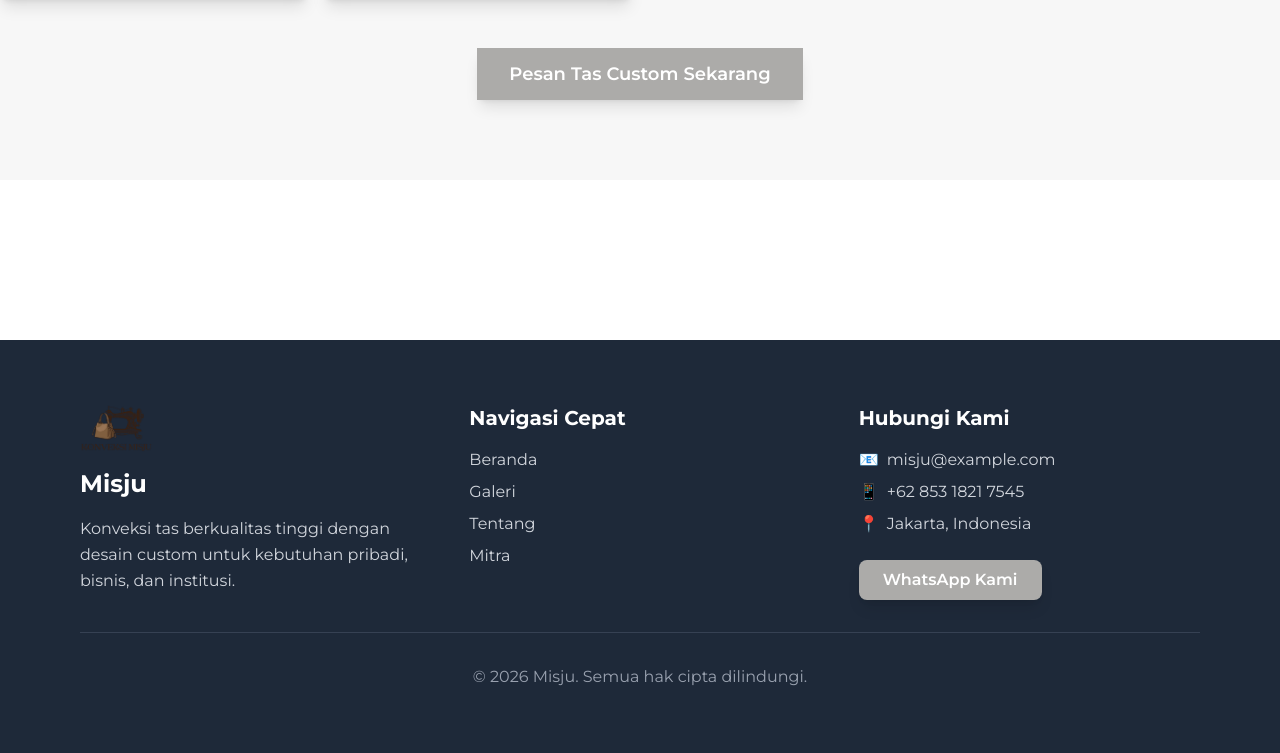
Repository: faridfirdaus-fred/konveksi_misju
Page: /
These files come from the project's save history. The page is drawn as it stood at one moment and after the next save; the edit follows.
The browser window is 1280 px wide. The pictures show the part of the page from y = 2695 to 3448 px (the page is 3448 px tall before and 3420 px after).
The project was rebuilt for these pictures with package versions that can differ from the ones it lists, and the page was loaded fresh each time. Also part of the build but not shown: vite.config.js.

Above is the page before, as saved 2026-01-09 21:32:58.

### index.html
<!doctype html>
<html lang="en">
  <head>
    <meta charset="UTF-8" />
    <link rel="icon" type="image/svg+xml" href="/vite.svg" />
    <meta name="viewport" content="width=device-width, initial-scale=1.0" />
    <link rel="preconnect" href="https://fonts.googleapis.com">
    <link rel="preconnect" href="https://fonts.gstatic.com" crossorigin>
    <link href="https://fonts.googleapis.com/css2?family=Montserrat:wght@300;400;500;600;700;800&display=swap" rel="stylesheet">
    <title>portfolio_misju</title>
  </head>
  <body>
    <div id="root"></div>
    <script type="module" src="/src/main.jsx"></script>
  </body>
</html>

### src/index.css
@import "tailwindcss";

@theme {
  --color-primary: #ACABA9;
  --color-secondary: #F7F7F7;
}

### src/App.jsx
import './App.css'
import Navbar from './components/Navbar'
import Hero from './components/Hero'
import Partners from './components/Partners'
import Gallery from './components/Gallery'
import About from './components/About'
import Footer from './components/Footer'
import Hero_Bottom from './components/Hero_Bottom'

function App() {
  return (
    <div className="min-h-screen bg-gray-50">
      <Navbar />
      <Hero />
      <Partners />
      <Hero_Bottom />
      <Gallery />
      <About />
      <Footer />
    </div>
  )
}

export default App

### src/App.css
/* Custom styles for portfolio */
html {
  scroll-behavior: smooth;
}

body {
  font-family: "Montserrat", sans-serif;
  font-optical-sizing: auto;
}

### src/components/Navbar.jsx
import { useState } from 'react'
import logo from '../assets/logo.webp'

function Navbar() {
    const [isMobileMenuOpen, setIsMobileMenuOpen] = useState(false)

    const scrollToSection = (id) => {
        const element = document.getElementById(id)
        if (element) {
            element.scrollIntoView({ behavior: 'smooth' })
        }
        setIsMobileMenuOpen(false)
    }

    return (
        <nav className="fixed top-0 px-20 left-0 right-0 bg-secondary shadow-md z-50">
            <div className=" mx-auto">
                <div className="flex justify-between items-center h-16">
                    {/* Logo - Kiri */}
                    <div className="shrink-0">
                        <a href="#home" className="flex items-center">
                            <img src={logo} alt="MyPortfolio Logo" className="h-10 w-auto" />
                        </a>
                    </div>

                    {/* Navigation - Tengah (Desktop) */}
                    <div className="hidden md:flex space-x-8">
                        <button onClick={() => scrollToSection('home')} className="text-gray-700 hover:text-primary transition">
                            Beranda
                        </button>

                        <button onClick={() => scrollToSection('gallery')} className="text-gray-700 hover:text-primary transition">
                            Galeri
                        </button>
                        <button onClick={() => scrollToSection('about')} className="text-gray-700 hover:text-primary transition">
                            Tentang
                        </button>
                         <button onClick={() => scrollToSection('partners')} className="text-gray-700 hover:text-primary transition">
                            Mitra
                        </button>
                    </div>

                    {/* Contact Button - Kanan */}
                    <div className="hidden md:block">
                        <a
                            href="https://wa.me/6285318217545"
                            target="_blank"
                            rel="noopener noreferrer"
                            className="inline-block bg-primary text-gray-800 px-6 py-2 rounded-lg transition hover:bg-gray-800 hover:text-primary border-2 border-primary"
                        >
                            Hubungi Kami
                        </a>
                    </div>

                    {/* Mobile menu button */}
                    <div className="md:hidden">
                        <button
                            onClick={() => setIsMobileMenuOpen(!isMobileMenuOpen)}
                            className="text-gray-700 hover:text-blue-600"
                        >
                            <svg className="h-6 w-6" fill="none" viewBox="0 0 24 24" stroke="currentColor">
                                <path strokeLinecap="round" strokeLinejoin="round" strokeWidth={2} d={isMobileMenuOpen ? "M6 18L18 6M6 6l12 12" : "M4 6h16M4 12h16M4 18h16"} />
                            </svg>
                        </button>
                    </div>
                </div>
            </div>

            {/* Mobile menu */}
            {isMobileMenuOpen && (
                <div className="md:hidden bg-white border-t">
                    <div className="px-2 pt-2 pb-3 space-y-1">
                        <button onClick={() => scrollToSection('home')} className="block w-full text-left px-3 py-2 text-gray-700 hover:bg-gray-100">
                            Beranda
                        </button>
                        <button onClick={() => scrollToSection('partners')} className="block w-full text-left px-3 py-2 text-gray-700 hover:bg-gray-100">
                            Mitra
                        </button>
                        <button onClick={() => scrollToSection('gallery')} className="block w-full text-left px-3 py-2 text-gray-700 hover:bg-gray-100">
                            Galeri
                        </button>
                        <button onClick={() => scrollToSection('about')} className="block w-full text-left px-3 py-2 text-gray-700 hover:bg-gray-100">
                            Tentang
                        </button>
                        <a
                            href="https://wa.me/6285318217545"
                            target="_blank"
                            rel="noopener noreferrer"
                            className="block w-full text-center px-3 py-2 bg-primary text-secondary hover:bg-secondary hover:text-primary rounded"
                        >
                            Hubungi Kami
                        </a>
                    </div>
                </div>
            )}
        </nav>
    )
}

export default Navbar

### src/components/Hero.jsx
import hero from '../assets/hero.webp'

function Hero() {

  return (
    <section
      id="home"
      className="h-screen w-full flex items-center relative bg-cover bg-no-repeat bg-right md:bg-center"
      style={{
        backgroundImage: `url(${hero})`
      }}
    >
      {/* Overlay */}
      <div className="absolute inset-0 bg-black/40"></div>

      {/* Content */}
      <div className="relative z-10 w-11/12 mx-auto px-4">
        <div className="w-full md:w-6/12">
          <h1 className="text-3xl md:text-6xl font-bold text-white mb-4">
            Misju - Konveksi Tas Berkualitas
          </h1>
          <p className="text-base md:text-xl text-white/90 mb-6">
            Spesialis pembuatan tas custom untuk kebutuhan pribadi, bisnis, dan institusi. Kualitas terjamin dengan harga terjangkau.
          </p>
          <div className="flex flex-wrap gap-4">
            <a
              href="https://wa.me/6285318217545"
              target="_blank"
              rel="noopener noreferrer"
              className="bg-primary text-white px-6 py-3 rounded-lg text-lg font-semibold hover:bg-secondary hover:text-primary transition shadow-lg"
            >
              Hubungi Kami
            </a>
          </div>
        </div>
      </div>
    </section>
  )
}

export default Hero

### src/components/Partners.jsx
import tgif from '../assets/tgif.webp'
import namikita from '../assets/namikita.webp'

function Partners() {
  const partners = [
    {
      id: 1,
      name: 'TGI Friday\'s',
      logo: tgif,
      alt: 'TGI Friday\'s Logo'
    },
    {
      id: 2,
      name: 'Namikita',
      logo: namikita,
      alt: 'Namikita Logo'
    },
  ]

  return (
    <section id="partners" className="py-20 px-20 bg-white">
      <div className="w-full mx-auto">
        <div className="text-center mb-16">
          <h2 className="text-4xl font-bold text-gray-900 mb-4">
            Perusahaan yang Telah Bekerja Sama
          </h2>
          <p className="text-xl text-gray-600">
            Dipercaya oleh berbagai perusahaan terkemuka
          </p>
        </div>
        <div className="flex flex-wrap justify-center gap-8 md:gap-12">
          {partners.map((partner) => (
            <div key={partner.id} className="flex items-center justify-center rounded-lg hover:shadow-lg transition">
              <img
                src={partner.logo}
                alt={partner.alt}
                className="max-h-16 md:max-h-36 w-auto object-contain"
              />
            </div>
          ))}
        </div>
      </div>
    </section>
  )
}

export default Partners

### src/components/Gallery.jsx

function Gallery() {
  const galleryItems = [
    { id: 1, title: 'TAS CUSTOM PREMIUM', image: 'https://images.unsplash.com/photo-1553062407-98eeb64c6a62?w=800&q=80', description: 'Tas custom berkualitas tinggi dengan desain eksklusif' },
    { id: 2, title: 'BACKPACK PROFESIONAL', image: 'https://images.unsplash.com/photo-1622560480605-d83c853bc5c3?w=800&q=80', description: 'Backpack ergonomis untuk kebutuhan profesional' },
    { id: 3, title: 'TAS LAPTOP ELEGAN', image: 'https://images.unsplash.com/photo-1547949003-9792a18a2601?w=800&q=80', description: 'Tas laptop dengan desain modern dan praktis' },
    { id: 4, title: 'MESSENGER BAG STYLISH', image: 'https://images.unsplash.com/photo-1548036328-c9fa89d128fa?w=800&q=80', description: 'Tas selempang dengan gaya urban dan fungsional' },
    { id: 5, title: 'TRAVEL BAG MULTIFUNGSI', image: 'https://images.unsplash.com/photo-1581605405669-fcdf81165afa?w=800&q=80', description: 'Tas travel dengan banyak kompartemen' },
    { id: 6, title: 'TOTE BAG CASUAL', image: 'https://images.unsplash.com/photo-1590874103328-eac38a683ce7?w=800&q=80', description: 'Tas tote santai untuk aktivitas sehari-hari' },
  ]

  return (
    <section id="gallery" className="py-12 md:py-20 bg-secondary">
      <div className="w-full">
        {/* Header */}
        <div className="text-center mb-8 md:mb-12">
          <h2 className="text-3xl md:text-4xl font-bold text-gray-900 mb-3 md:mb-4">
            Galeri Produk Kami
          </h2>
          <p className="text-base md:text-xl text-gray-600">
            Koleksi tas berkualitas dengan berbagai model dan fungsi
          </p>
        </div>

        {/* Grid Gallery */}
        <div className="grid grid-cols-2 md:grid-cols-3 lg:grid-cols-4 gap-3 md:gap-4 mb-8 md:mb-12">
          {galleryItems.map((item) => (
            <div
              key={item.id}
              className="relative aspect-square overflow-hidden shadow-lg hover:shadow-2xl transition-all duration-300 cursor-pointer group"
            >
              {/* Image */}
              <img
                src={item.image}
                alt={item.title}
                className="w-full h-full object-cover group-hover:scale-110 transition-transform duration-500"
              />

              {/* Hover Effect */}
              <div className="absolute inset-0 bg-primary/0 group-hover:bg-primary/10 transition-all duration-300"></div>
            </div>
          ))}
        </div>

        {/* CTA Button */}
        <div className="text-center">
          <a
            href="https://wa.me/6285318217545"
            target="_blank"
            rel="noopener noreferrer"
            className="inline-block bg-primary text-white px-8 py-3 text-lg font-semibold hover:bg-gray-800 transition shadow-lg"
          >
            Pesan Tas Custom Sekarang
          </a>
        </div>
      </div>
    </section>
  )
}

export default Gallery

### src/components/About.jsx
function About() {
  return (
    <section id="about" className="py-20 px-4 bg-white ">
      <div className="max-w-7xl mx-auto">

      </div>
    </section>
  )
}

export default About

### src/components/Footer.jsx
import logo from '../assets/logo.webp'

function Footer() {
  const scrollToSection = (id) => {
    const element = document.getElementById(id)
    if (element) {
      element.scrollIntoView({ behavior: 'smooth' })
    }
  }

  return (
    <footer id="footer" className="bg-gray-800 text-white py-12 md:py-16 px-4 md:px-8 lg:px-20">
      <div className="w-full mx-auto">
        <div className="grid grid-cols-1 md:grid-cols-3 gap-8 md:gap-12 mb-8">
          {/* About */}
          <div>
            <img src={logo} alt="Misju Logo" className="h-12 w-auto mb-4" />
            <h3 className="text-xl md:text-2xl font-bold mb-3 md:mb-4">Misju</h3>
            <p className="text-gray-300 text-sm md:text-base leading-relaxed">
              Konveksi tas berkualitas tinggi dengan desain custom untuk kebutuhan pribadi, bisnis, dan institusi.
            </p>
          </div>

          {/* Quick Links */}
          <div>
            <h3 className="text-lg md:text-xl font-bold mb-3 md:mb-4">Navigasi Cepat</h3>
            <ul className="space-y-2">
              <li>
                <button onClick={() => scrollToSection('home')} className="text-gray-300 hover:text-white transition text-sm md:text-base">
                  Beranda
                </button>
              </li>
              <li>
                <button onClick={() => scrollToSection('gallery')} className="text-gray-300 hover:text-white transition text-sm md:text-base">
                  Galeri
                </button>
              </li>
              <li>
                <button onClick={() => scrollToSection('about')} className="text-gray-300 hover:text-white transition text-sm md:text-base">
                  Tentang
                </button>
              </li>
              <li>
                <button onClick={() => scrollToSection('partners')} className="text-gray-300 hover:text-white transition text-sm md:text-base">
                  Mitra
                </button>
              </li>
            </ul>
          </div>

          {/* Contact */}
          <div>
            <h3 className="text-lg md:text-xl font-bold mb-3 md:mb-4">Hubungi Kami</h3>
            <ul className="space-y-2 text-gray-300 text-sm md:text-base">
              <li className="flex items-start gap-2">
                <span>📧</span>
                <span>misju@example.com</span>
              </li>
              <li className="flex items-start gap-2">
                <span>📱</span>
                <span>+62 853 1821 7545</span>
              </li>
              <li className="flex items-start gap-2">
                <span>📍</span>
                <span>Jakarta, Indonesia</span>
              </li>
            </ul>
            <div className="mt-6">
              <a
                href="https://wa.me/6285318217545"
                target="_blank"
                rel="noopener noreferrer"
                className="inline-block bg-primary text-white px-6 py-2 rounded-lg transition hover:bg-white hover:text-primary shadow-lg text-sm md:text-base font-semibold"
              >
                WhatsApp Kami
              </a>
            </div>
          </div>
        </div>

        <div className="border-t border-gray-700 pt-6 md:pt-8 text-center">
          <p className="text-gray-400 text-sm md:text-base">&copy; 2026 Misju. Semua hak cipta dilindungi.</p>
        </div>
      </div>
    </footer>
  )
}

export default Footer

### src/components/Hero_Bottom.jsx
import { useState } from 'react'

function Hero_Bottom() {
  const [currentSlide, setCurrentSlide] = useState(0)

  // Data untuk carousel
  const slides = [
    {
      id: 1,
      title: "CARRY THE DAY",
      caption: "Everything you need to make it through a day at the office, from your laptop to your gym clothes, and still look the part once you're off the clock.",
      image: "https://images.unsplash.com/photo-1553062407-98eeb64c6a62?w=800&q=80"
    },
    {
      id: 2,
      title: "URBAN EXPLORER",
      caption: "Navigate the city streets with style and comfort. Perfect companion for your daily adventures and weekend getaways.",
      image: "https://images.unsplash.com/photo-1622560480605-d83c853bc5c3?w=800&q=80"
    },
    {
      id: 3,
      title: "WORK & PLAY",
      caption: "Seamlessly transition from professional meetings to casual outings. Designed for the modern lifestyle.",
      image: "https://images.unsplash.com/photo-1547949003-9792a18a2601?w=800&q=80"
    }
  ]

  const nextSlide = () => {
    setCurrentSlide((prev) => (prev + 1) % slides.length)
  }

  const prevSlide = () => {
    setCurrentSlide((prev) => (prev - 1 + slides.length) % slides.length)
  }

  const goToSlide = (index) => {
    setCurrentSlide(index)
  }

  return (
    <section id="home" className="pt-12 pb-12 md:pt-24 md:pb-20 bg-secondary">
      <div className=" mx-auto ">
        {/* Mobile First Layout */}
        <div className="flex flex-col md:flex-row gap-6 md:gap-12 items-center">

          {/* Left Section - Caption (Mobile: bottom, Desktop: left) */}
          <div className="w-full pl-20 md:w-6/12 order-2 md:order-1 text-center md:text-left">
            <div className="max-w-md mx-auto md:mx-0">
              <h2 className="text-3xl md:text-4xl lg:text-5xl font-bold mb-4 md:mb-6">
                {slides[currentSlide].title}
              </h2>
              <p className="text-base md:text-lg text-gray-600 leading-relaxed">
                {slides[currentSlide].caption}
              </p>
            </div>
          </div>

          {/* Right Section - Image (Mobile: top, Desktop: right) */}
          <div className="w-full md:w-6/12 order-1 md:order-2 relative">
            <div className="relative aspect-square md:aspect-[4/3]  overflow-hidden shadow-xl">
              <img
                src={slides[currentSlide].image}
                alt={slides[currentSlide].title}
                className="w-full h-full object-cover transition-opacity duration-500"
              />

              {/* Desktop Navigation Buttons */}
              <button
                onClick={prevSlide}
                className="hidden md:flex absolute left-4 top-1/2 -translate-y-1/2 bg-white/90 hover:bg-white p-3 rounded-full shadow-lg transition-all duration-200 items-center justify-center group"
                aria-label="Previous slide"
              >
                <svg className="w-6 h-6 text-gray-800 group-hover:text-black" fill="none" stroke="currentColor" viewBox="0 0 24 24">
                  <path strokeLinecap="round" strokeLinejoin="round" strokeWidth={2} d="M15 19l-7-7 7-7" />
                </svg>
              </button>

              <button
                onClick={nextSlide}
                className="hidden md:flex absolute right-4 top-1/2 -translate-y-1/2 bg-white/90 hover:bg-white p-3 rounded-full shadow-lg transition-all duration-200 items-center justify-center group"
                aria-label="Next slide"
              >
                <svg className="w-6 h-6 text-gray-800 group-hover:text-black" fill="none" stroke="currentColor" viewBox="0 0 24 24">
                  <path strokeLinecap="round" strokeLinejoin="round" strokeWidth={2} d="M9 5l7 7-7 7" />
                </svg>
              </button>
            </div>

            {/* Mobile Dot Navigation */}
            <div className="flex md:hidden justify-center gap-2 mt-6">
              {slides.map((_, index) => (
                <button
                  key={index}
                  onClick={() => goToSlide(index)}
                  className={`w-3 h-3 rounded-full transition-all duration-300 ${
                    currentSlide === index
                      ? 'bg-gray-800 w-8'
                      : 'bg-gray-300 hover:bg-gray-400'
                  }`}
                  aria-label={`Go to slide ${index + 1}`}
                />
              ))}
            </div>
          </div>

        </div>

        {/* Desktop Dot Indicators (optional - below content) */}
        <div className="hidden md:flex justify-center gap-2 mt-8">
          {slides.map((_, index) => (
            <button
              key={index}
              onClick={() => goToSlide(index)}
              className={`w-2.5 h-2.5 rounded-full transition-all duration-300 ${
                currentSlide === index
                  ? 'bg-gray-800 w-8'
                  : 'bg-gray-300 hover:bg-gray-400'
              }`}
              aria-label={`Go to slide ${index + 1}`}
            />
          ))}
        </div>
      </div>
    </section>
  )
}

export default Hero_Bottom

Loaded but not shown: src/main.jsx (common file)

After the next save:
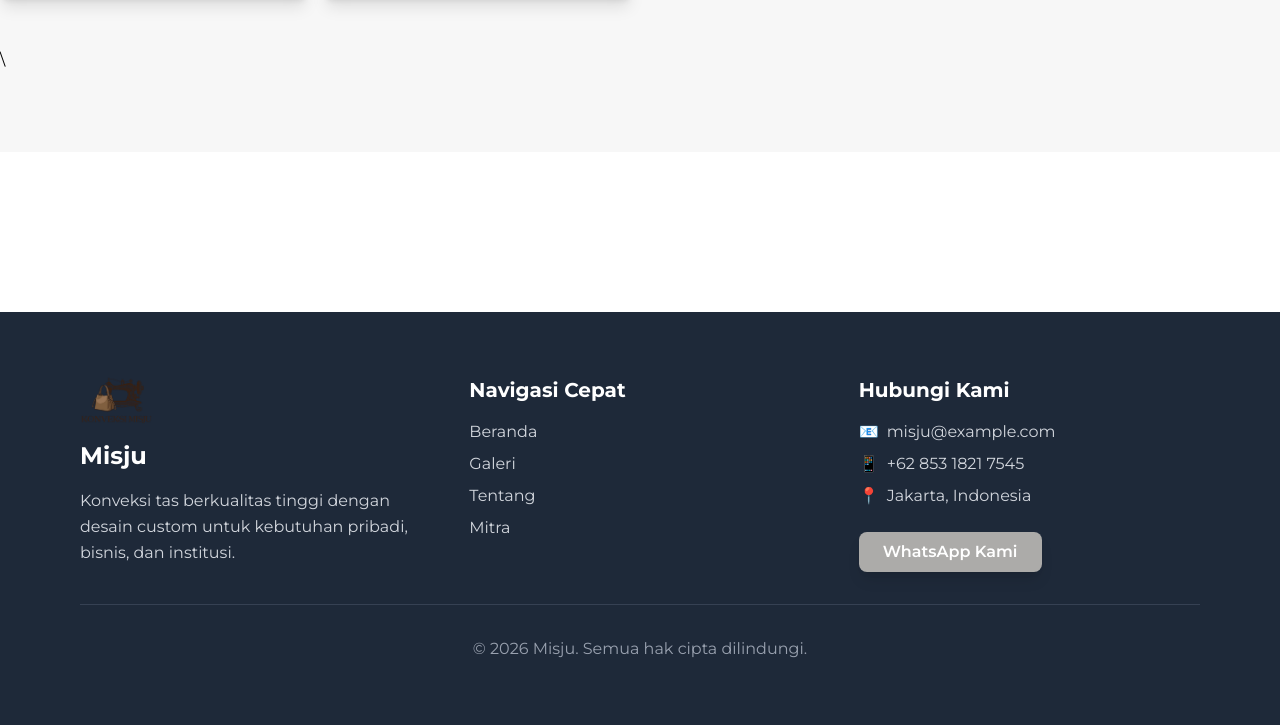
Saved 6 min 25 s later.
--- a/src/components/Gallery.jsx
+++ b/src/components/Gallery.jsx
@@ -42,17 +42,7 @@
           ))}
         </div>
 
-        {/* CTA Button */}
-        <div className="text-center">
-          <a
-            href="https://wa.me/6285318217545"
-            target="_blank"
-            rel="noopener noreferrer"
-            className="inline-block bg-primary text-white px-8 py-3 text-lg font-semibold hover:bg-gray-800 transition shadow-lg"
-          >
-            Pesan Tas Custom Sekarang
-          </a>
-        </div>
+      \
       </div>
     </section>
   )
